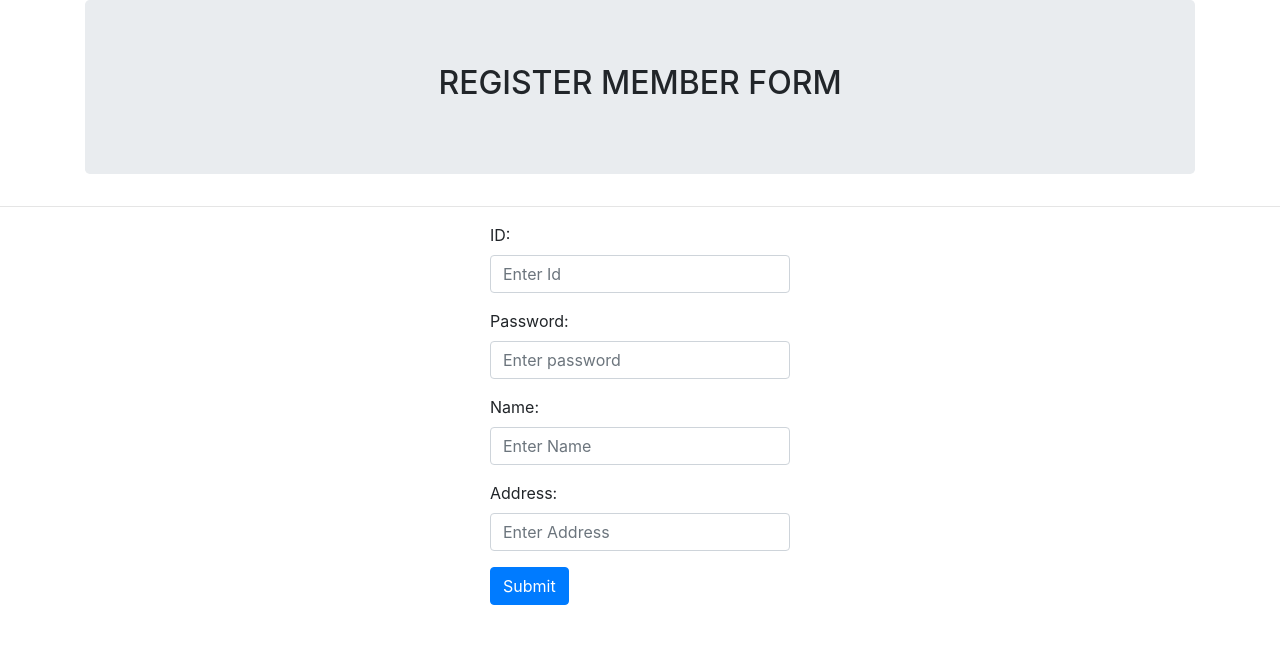
Repository: skybluelion/KB
Page: http://localhost/sp13_CafeMember_Ajax/register.jsp
These files come from the project's save history. The page is drawn as it stood at one moment and after the next save; the edit follows.
The browser window is 1280 px wide. The pictures show the whole page.
The page is served by Tomcat 9. Nobody is signed in. The application's start-up code is not run.

Above is the page before, as saved 2023-05-03 02:01:27.

After the next save:
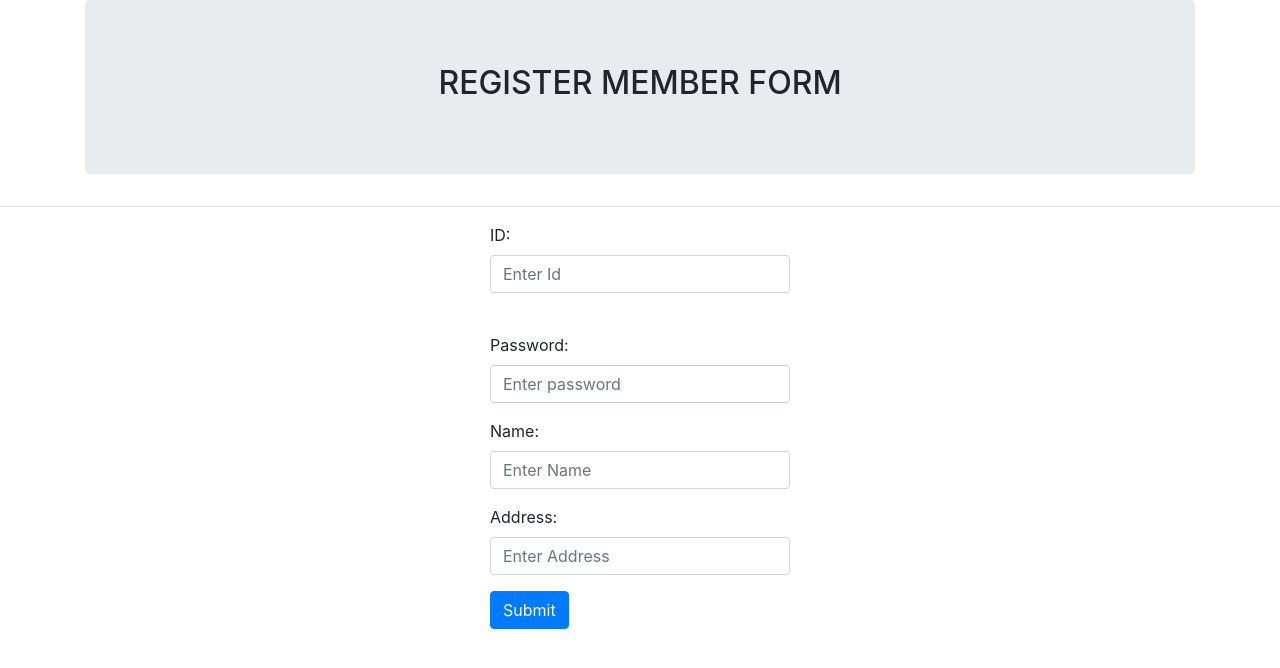
Saved 42 s later.
--- a/KB/work07_spring/sp13_CafeMember_Ajax/src/main/webapp/register.jsp
+++ b/KB/work07_spring/sp13_CafeMember_Ajax/src/main/webapp/register.jsp
@@ -31,7 +31,7 @@ form{
     <div class="form-group">
       <label for="id">ID:</label>
       <input type="text" class="form-control" id="id" placeholder="Enter Id" name="id">
-      <span id="check"></span>
+      <span id="check" style="margin-left:15px"></span>
     </div>
     <div class="form-group">
       <label for="pwd">Password:</label>
